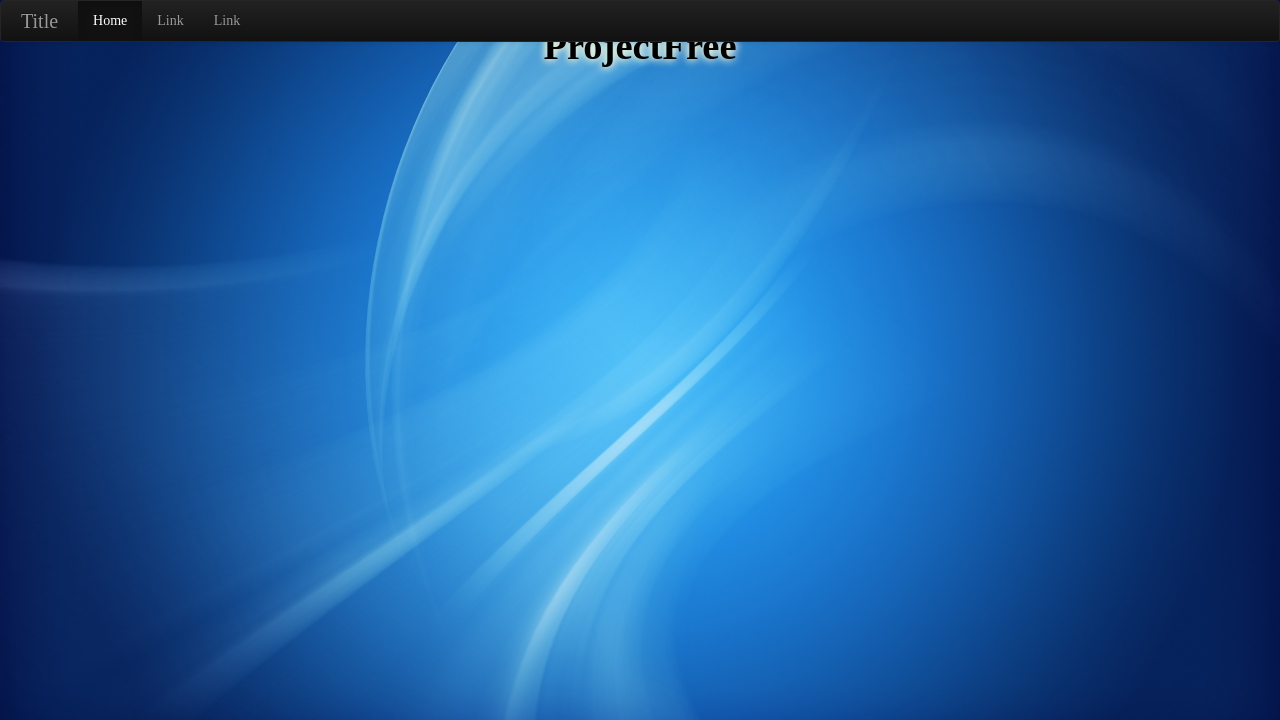
Repository: BrunoRB/ProjetoBanco
Page: http://localhost/templates/header.php
An editor plug-in stored every save of this project. The page is shown before and after the next save, followed by the edit.
The browser window is 1280 px wide. The pictures show the whole page.
The page is run by PHP 8.4 with error messages shown; the project is at /var/www/html/.

Above is the page before, as saved 2013-06-14 03:31:54.

### codigo/ProjectFree/templates/header.php
<!DOCTYPE HTML>

<html lang="pt-BR">
<head>
<meta charset='utf-8' />
<title>Project Free</title>

<meta name="viewport" content="width=device-width, initial-scale=1.0">
<link rel="stylesheet" type="text/css"
	href="../resources/css/bootstrap.css" />
<link rel="stylesheet" type="text/css"
	href="../resources/css/bootstrap-responsive.css" />
<link rel="stylesheet" type="text/css" href="../resources/css/main.css" />

<script type="text/javascript" src="../resources/js/jquery-2.0.2.js"></script>
<script type="text/javascript" src="../resources/js/bootstrap.js"></script>
</head>
<body>
	<header>
		<div class="pagination-centered">
			<h1 class="text-">ProjectFree</h1>
			<nav class="navbar-inverse">
				<div class="navbar navbar-fixed-top navbar-inner ">
					<a class="brand" href="#">Title</a>
					<ul class="nav">
						<li class="active"><a href="#">Home</a></li>
						<li><a href="#">Link</a></li>
						<li><a href="#">Link</a></li>
					</ul>
				</div>
			</nav>
		</div>
	</header>

### codigo/ProjectFree/resources/css/main.css

body {
    font-family: Times New Roman;
    background: url(../img/blue.jpg) no-repeat center center fixed;
    background-size: cover;
	margin: 2% !important;
}

h1 {
	color: #aaf;
    text-shadow: none;
    -webkit-transition: 500ms linear 0s;
    -moz-transition: 500ms linear 0s;
    -o-transition: 500ms linear 0s;
    transition: 500ms linear 0s;
    outline: 0 none;
    color: black;
    text-shadow: -1px 1px 8px #ffc, 1px -1px 8px #fff;

}

h1:hover, button:hover {
	color: white;
    text-shadow: -1px 1px 8px #ffc, 1px -1px 8px #fff;
}

.verticalCenter {
	margin-top: 10%;
}

footer.footer {
	margin-bottom: 1%;
}

#container {
	font-size: large;
}

Loaded but not shown: codigo/ProjectFree/resources/css/bootstrap.css (library); codigo/ProjectFree/resources/css/bootstrap-responsive.css (library); codigo/ProjectFree/resources/js/jquery-2.0.2.js (library); codigo/ProjectFree/resources/js/bootstrap.js (library)

After the next save:
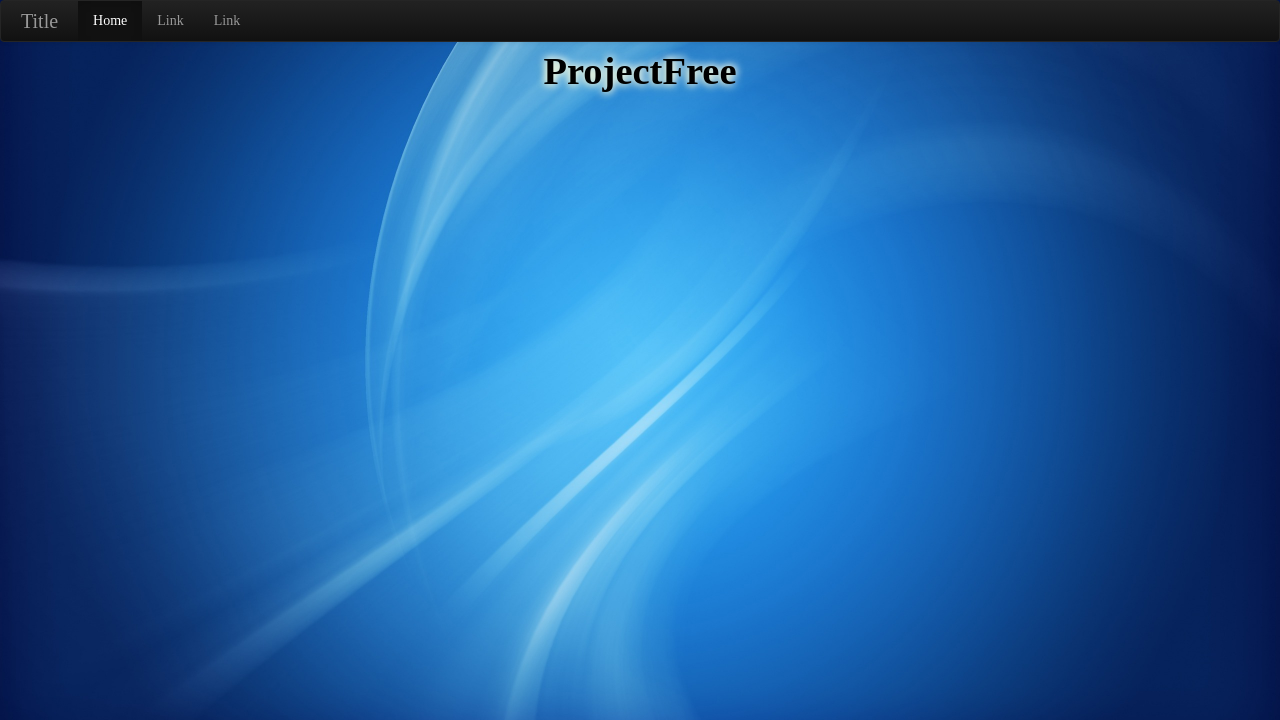
Saved 25 s later.
--- a/codigo/ProjectFree/resources/css/main.css
+++ b/codigo/ProjectFree/resources/css/main.css
@@ -3,7 +3,7 @@
     font-family: Times New Roman;
     background: url(../img/blue.jpg) no-repeat center center fixed;
     background-size: cover;
-	margin: 2% !important;
+	margin: 4% !important;
 }
 
 h1 {
